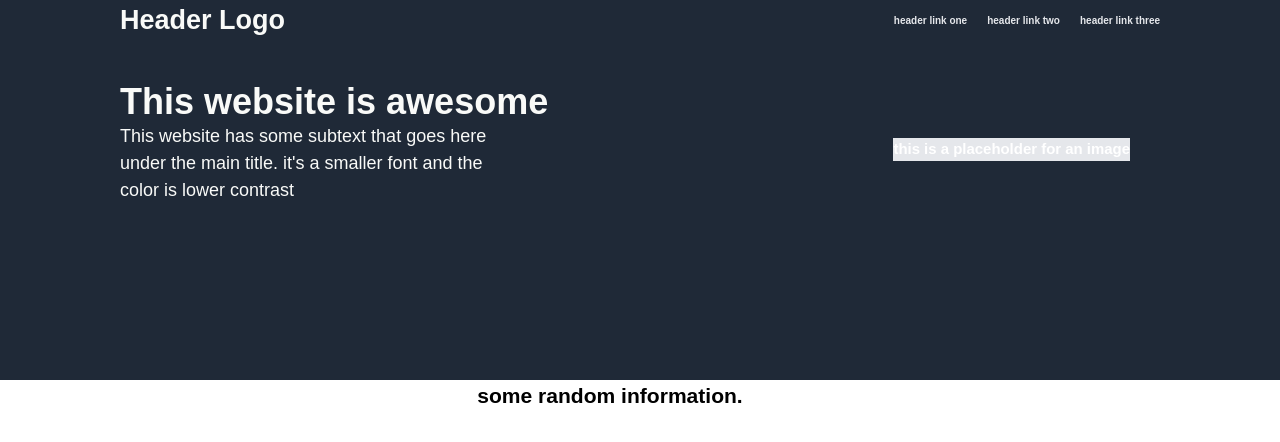
Repository: Grace561/css-exercises
Page: index.html
An editor plug-in stored every save of this project. The page is shown before and after the next save, followed by the edit.
The browser window is 1280 px wide. The pictures show the whole page.

Above is the page before, as saved 2025-04-18 02:52:24.

### index.html
<!DOCTYPE html>
<html lang="en">
<head>
    <meta charset="UTF-8">
    <meta name="viewport" content="width=device-width, initial-scale=1.0">
    <link rel="stylesheet" href="style.css">
    <title>Landing-Page</title>
</head>
<body>
   <nav class="navbar">
    <div class="container">
        <div class="Logo"><h2>Header Logo</h2></div>
        <ul class="nav">
           <li>
            <a href="#"><h4>header link one</h4></a>
           </li>
           <li>
            <a href="#"><h4>header link two</h4></a>
           </li>
           <li>
            <a href="#"><h4>header link three</h4></a>
           </li>
        </ul>
    </div>
   </nav>

   <header class="header">
    <div class="container">
        <div>
            <h1>This website is awesome</h1>
            <p>
                This website has some subtext that goes here under the
                main title. it's a smaller font and the color is lower
                contrast
            </p>
            <p> </p>
            </div>
        <div class="boxes">
           <div class="container">
                <div class="box">
            <h5>this is a placeholder for an image</h5>
        </div>
   </header>
   <section class="boxes">
    <div class="container">
        <div class="box">
          <h3>some random information.</h3>
        </div>
    <div class="box">
        <div class="container">
            <div class="box">


    </div>
    </div>
   </section>
</body>
</html>

### style.css
*{
    box-sizing: border-box;
    margin: 0;
    padding: 0;
}

body{
    font-family: 'poppins',sans-serif;
    font-size: 18px;
    line-height: 1.5;
    color: #000;
    background:#ffff;
}
p{
    margin-bottom: 15px;
}

ul{
    list-style: none;
}

.container{
    max-width: 1100px;
    margin: 0 auto;
    padding: 0 30px;
}
.navbar{
    background:#1f2937;
    color:#f9faf8;
    height: 80px;
}
h3.Logo{
    font-size: 24px;
    font-weight:bold;

}

a{
    color:#e5e7eb;
    text-decoration: none;
    font-size: x-small;

}
.container{
    display: flex;
    justify-content: space-between;
    align-items: center;

}

ul{
    display: flex
}
ul li {
    margin-left: 20px;
}
.header{
    background-color:#1f2937;
    color:#f9faf8;
    min-height: 300px;
}

.header h1{
    font: weight 3rem;
    font-weight: 900;
    line-height: 1.2;
}

.header p{
    max-width: 400px;
}
.container{
    display: flex;
    align-items:center;
    justify-content: space-between;
}
.box.container{
    display: flex;
    justify-content: space-between;
}
.box h5{
    flex: 1;
    background:#e5e7eb;
    color:#ffff;


}
.boxes .container{
    display: flex;
    font-weight: 900;
    justify-content: center;

}

After the next save:
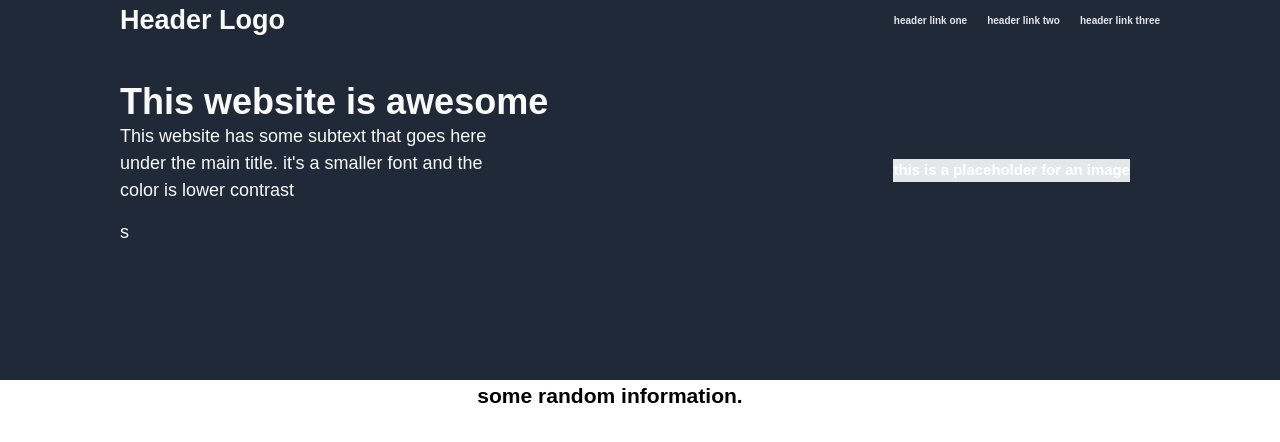
Saved 5 s later.
--- a/index.html
+++ b/index.html
@@ -33,7 +33,7 @@
                 main title. it's a smaller font and the color is lower
                 contrast
             </p>
-            <p> </p>
+            <p>s </p>
             </div>
         <div class="boxes">
            <div class="container">
